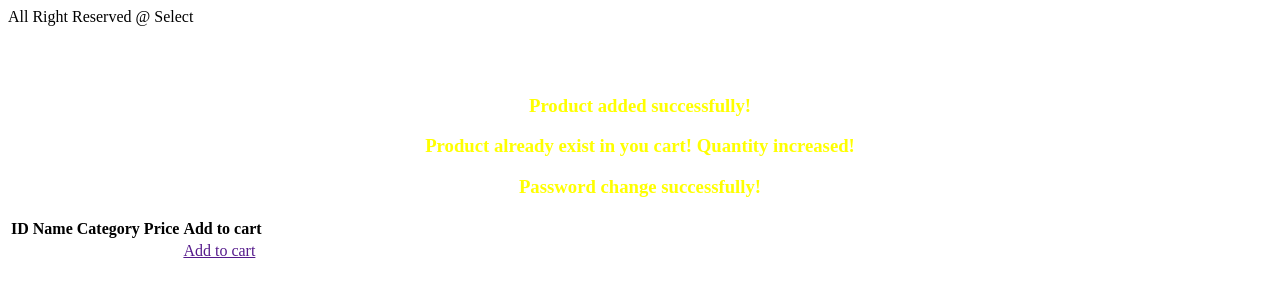
Repository: abhay1903/Online_shopping_cart
Page: http://localhost/Shopping_cart_Project/home.jsp
These files come from the project's save history. The page is drawn as it stood at one moment and after the next save; the edit follows.
The browser window is 1280 px wide. The pictures show the whole page.
The page is served by Tomcat 9. Other server files are loaded and not shown.

Above is the page before, as saved 2021-08-10 13:39:21.

### Shopping_cart_Project/WebContent/home.jsp
<%@page import="Project.ConnectionProvider" %>
    <%@page import="java.sql.*"%>
    <%@include file="../footer.jsp" %>
<!DOCTYPE html PUBLIC "-//W3C//DTD HTML 4.01 Transitional//EN" "http://www.w3.org/TR/html4/loose.dtd">
<html>
<head>
<meta http-equiv="Content-Type" content="text/html; charset=ISO-8859-1">
<title>Home</title>
<style>
h3
{
	color: yellow;
	text-align: center;
}
</style>
</head>
<body>
<div style="color: white; text-align: center; font-size: 30px;">Home <i class="fa fa-institution"></i></div>

<h3 class="alert">Product added successfully!</h3>

<h3 class="alert">Product already exist in you cart! Quantity  increased!</h3>

<h3 class="alert">Password change successfully!</h3>

<table>
        <thead>
          <tr>
            <th scope="col">ID</th>
            <th scope="col">Name</th>
            <th scope="col">Category</th>
            <th scope="col"><i class="fa fa-inr"></i> Price</th>
            <th scope="col">Add to cart <i class='fas fa-cart-plus'></i></th>
          </tr>
        </thead>
        <tbody>

          <tr>
            <td></td>
            <td></td>
            <td></td>
            <td><i class="fa fa-inr"></i> </i></td>
            <td><a href="">Add to cart <i class='fas fa-cart-plus'></i></a></td>
          </tr>

        </tbody>
      </table>
      <br>
      <br>
      <br>

</body>
</html>

### Shopping_cart_Project/WebContent/footer.jsp
 <div class="footer">
          <p>All Right Reserved @ Select</p>
      </div>

After the next save:
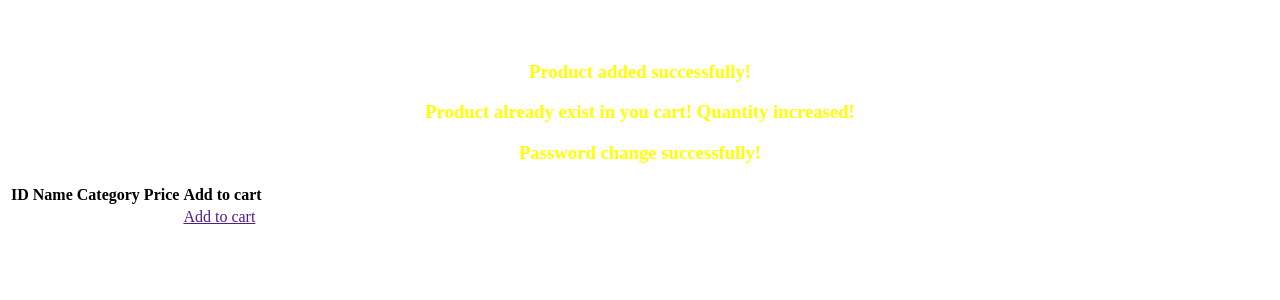
Saved 53 s later.
--- a/Shopping_cart_Project/WebContent/home.jsp
+++ b/Shopping_cart_Project/WebContent/home.jsp
@@ -1,6 +1,4 @@
-<%@page import="Project.ConnectionProvider" %>
-    <%@page import="java.sql.*"%>
-    <%@include file="../footer.jsp" %>
+
 <!DOCTYPE html PUBLIC "-//W3C//DTD HTML 4.01 Transitional//EN" "http://www.w3.org/TR/html4/loose.dtd">
 <html>
 <head>
